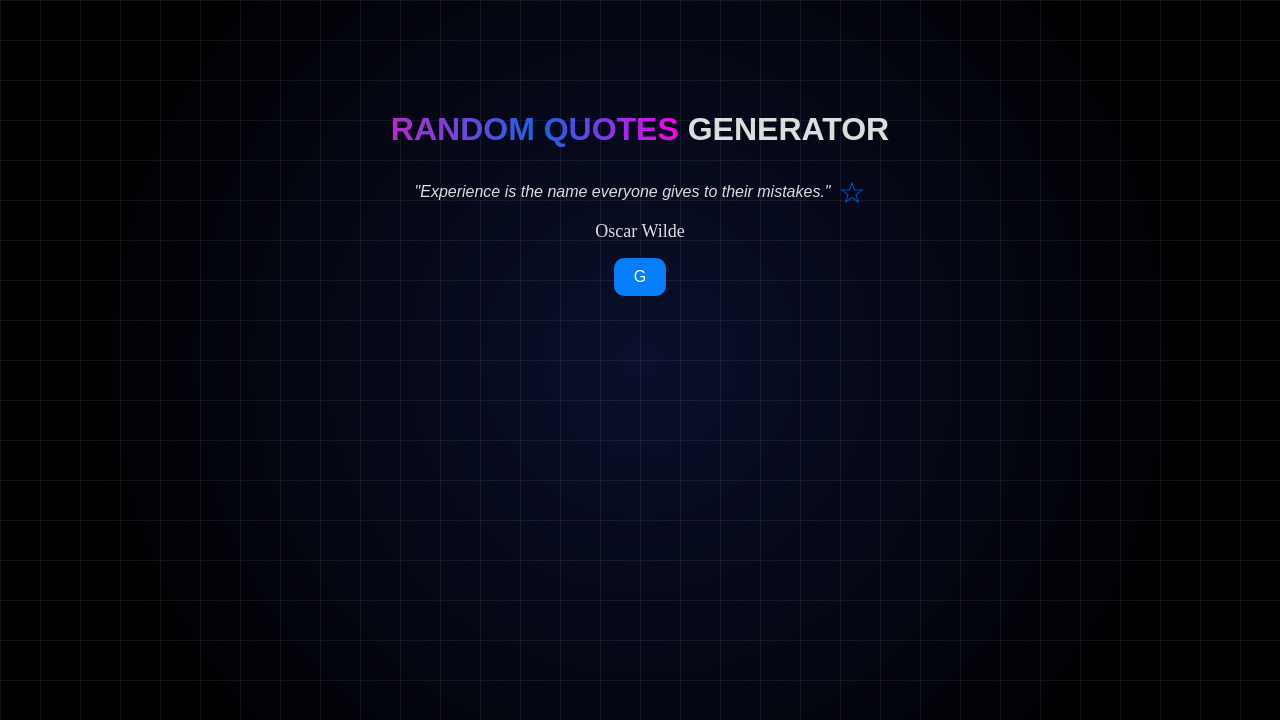
Repository: Adel-la/random-quotes
Page: index.html
These files come from the project's save history. The page is drawn as it stood at one moment and after a run of saves; the edit follows.
The browser window is 1280 px wide. The pictures show the whole page.

Above is the page before, as saved 2025-06-25 22:37:13.

After the next 2 saves:
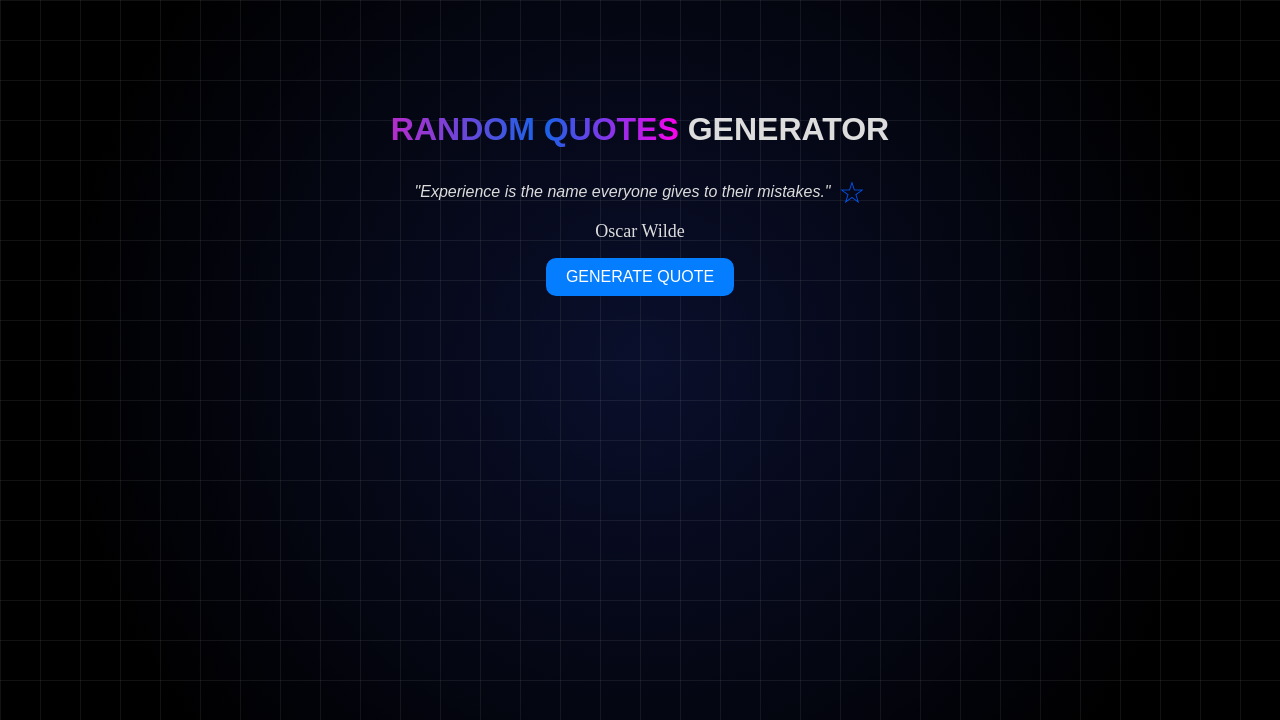
The 2 saves are shown as one change because they came seconds apart.
The last was saved 8 s later.
--- a/index.html
+++ b/index.html
@@ -13,7 +13,7 @@
       <button id="favorite" class="favorite">☆</button>
     </div>
     <p id="author" class="quote-author"></p>
-    <button id="generate" class="btn">G</button>
+    <button id="generate" class="btn">GENERATE QUOTE</button>
 
     <div id="favorites-container" class="container"></div>
   </mainс>
